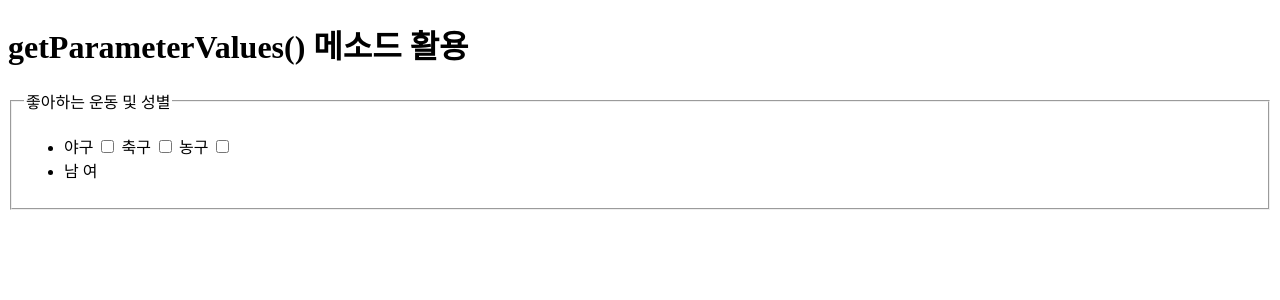
Repository: seminocoe/JSP_STUDY
Page: http://localhost/ServletProject/login/Sport.jsp
The author's editor kept a copy of each file at every save. The page is drawn from the files as they stood at one save, then again after the next save.
The browser window is 1280 px wide. The pictures show the whole page.
The page is served by Tomcat 9. Other server files are loaded and not shown.

Above is the page before, as saved 2022-07-29 01:56:15.

### ServletProject/src/main/webapp/login/Sport.jsp
<%@ page language="java" contentType="text/html; charset=UTF-8"
    pageEncoding="UTF-8"%>
<!DOCTYPE html>
<html>
<head>
<meta charset="UTF-8">
<title>취미와 성별</title>
</head>
<body>
	<h1>getParameterValues() 메소드 활용</h1>
	<form action="Sport" method="post">

	<fieldset>
		<legend><!-- 범례라는 뜻 --> 좋아하는 운동 및 성별</legend>
			<ul>
				<li>
					<label for="bassball">야구</label>
					<input type="checkbox" name="sports" value="야구">
					<label for="football">축구</label>
					<input type="checkbox" name="sports" value="축구">
					<label for="baskeball">농구</label>
					<input type="checkbox" name="sports" value="농구">
				</li>
				<li>
					<label for="gender">남</label>
					<label for="gender">여</label>
				</li>
			</ul>
	</fieldset>
	</form>
</body>
</html>

After the next save:
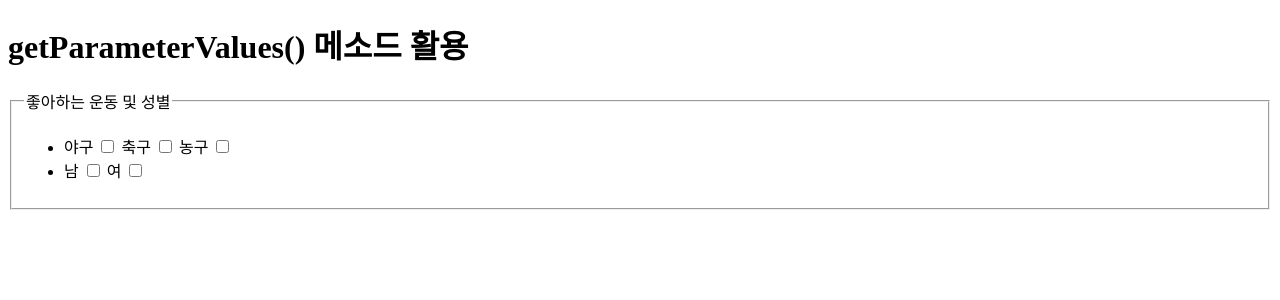
Saved 30 s later.
--- a/ServletProject/src/main/webapp/login/Sport.jsp
+++ b/ServletProject/src/main/webapp/login/Sport.jsp
@@ -23,7 +23,9 @@
 				</li>
 				<li>
 					<label for="gender">남</label>
+					<input type="checkbox" name="genders" value="남자">
 					<label for="gender">여</label>
+					<input type="checkbox" name="genders" value="여자">
 				</li>
 			</ul>
 	</fieldset>
